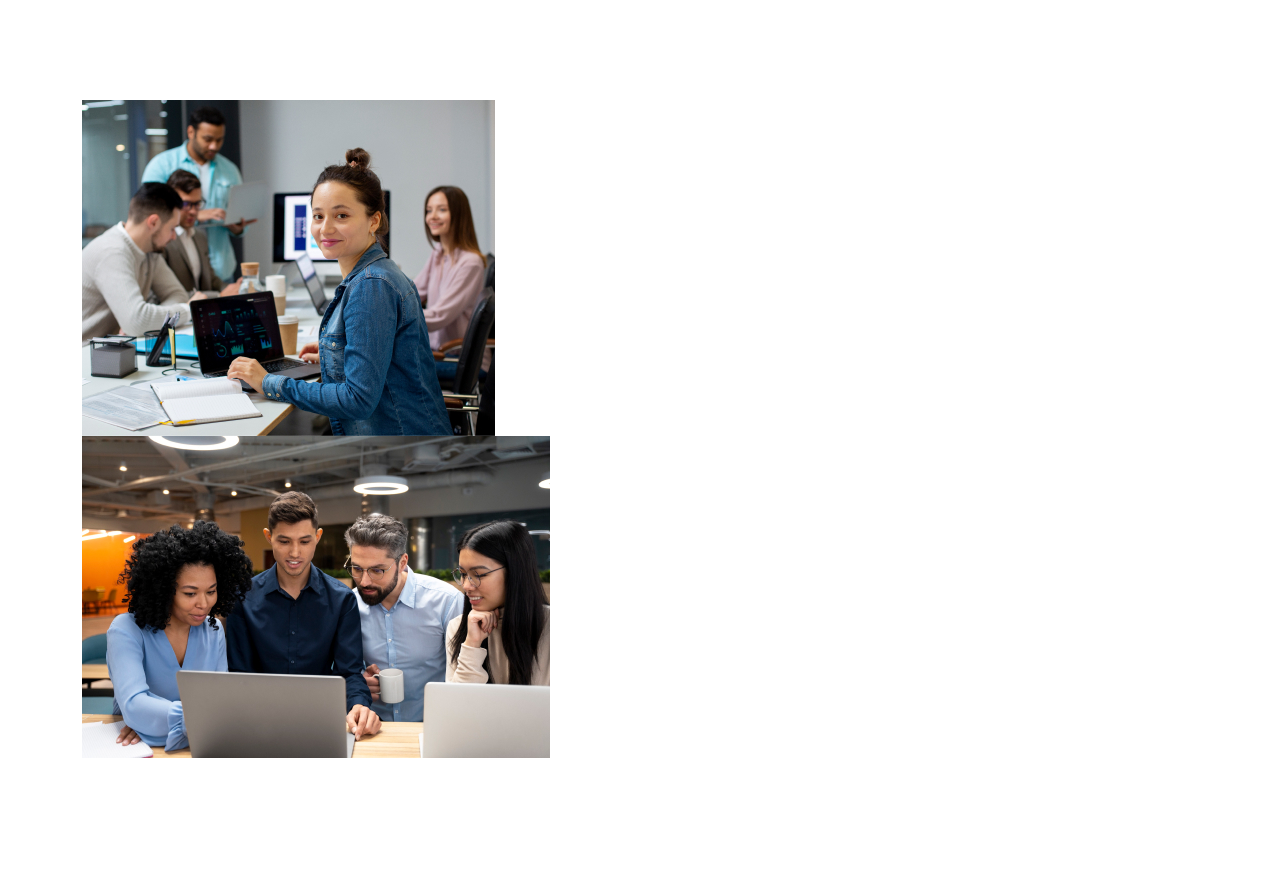
Repository: tagnam/mirehel2.0
Page: about.html
These files come from the project's save history. The page is drawn as it stood at one moment and after the next save; the edit follows.
The browser window is 1280 px wide. The pictures show the whole page.

Above is the page before, as saved 2025-02-03 11:48:16.

### about.html
<!DOCTYPE html>
<html lang="en">
<head>
    <meta charset="UTF-8">
    <meta name="viewport" content="width=device-width, initial-scale=1.0">
    <title>about</title>
    <link href="https://cdn.jsdelivr.net/npm/bootstrap@5.0.2/dist/css/bootstrap.min.css" rel="stylesheet" integrity="sha384-EVSTQN3/azprG1Anm3QDgpJLIm9Nao0Yz1ztcQTwFspd3yD65VohhpuuCOmLASjC" crossorigin="anonymous">
    <link rel="stylesheet" href="style/css/animation.css">
    <link rel="stylesheet" href="style/css/style.css">
    <link rel="stylesheet" href="style/css/animation.css">
</head>
<body>
<!--======================================== about section ==================================== -->


<section>
    <div class="container">
        <div class="row">
            <div class="col-lg-6">
                <div class="about-left">
                    <figure class="about-img-container">
                        <img class="about-img-1" src="images/about-img-1.jpg" alt="">
                        <img class="about-img-2" src="images/about-img-2.jpg" alt="">
                    </figure>
                </div>
            </div>
            <div class="col-lg-6"></div>
        </div>
    </div>
</section>

<!--======================================== end about section ==================================== -->












    <script src="https://cdn.jsdelivr.net/npm/bootstrap@5.0.2/dist/js/bootstrap.bundle.min.js" integrity="sha384-MrcW6ZMFYlzcLA8Nl+NtUVF0sA7MsXsP1UyJoMp4YLEuNSfAP+JcXn/tWtIaxVXM" crossorigin="anonymous"></script>
    <script src="https://cdn.jsdelivr.net/npm/@popperjs/core@2.9.2/dist/umd/popper.min.js" integrity="sha384-IQsoLXl5PILFhosVNubq5LC7Qb9DXgDA9i+tQ8Zj3iwWAwPtgFTxbJ8NT4GN1R8p" crossorigin="anonymous"></script>
    <script src="https://cdn.jsdelivr.net/npm/bootstrap@5.0.2/dist/js/bootstrap.min.js" integrity="sha384-cVKIPhGWiC2Al4u+LWgxfKTRIcfu0JTxR+EQDz/bgldoEyl4H0zUF0QKbrJ0EcQF" crossorigin="anonymous"></script>
</body>
</html>

### style/css/style.css

@import url('https://fonts.googleapis.com/css2?family=Hind:wght@300;400;500;600;700&family=Inter:ital,opsz,wght@0,14..32,100..900;1,14..32,100..900&family=Open+Sans:ital,wght@0,300..800;1,300..800&family=Oswald:wght@200..700&family=Poppins:ital,wght@0,100;0,200;0,300;0,400;0,500;0,600;0,700;0,800;0,900;1,100;1,200;1,300;1,400;1,500;1,600;1,700;1,800;1,900&family=Raleway:ital,wght@0,100..900;1,100..900&family=Roboto:ital,wght@0,100;0,300;0,400;0,500;0,700;0,900;1,100;1,300;1,400;1,500;1,700;1,900&family=Urbanist:ital,wght@0,100..900;1,100..900&display=swap');
@import url("https://cdn.jsdelivr.net/npm/bootstrap-icons@1.11.3/font/bootstrap-icons.min.css");
*{
    margin: 0;
    padding: 0;
    box-sizing: border-box;
}

:root{
    --primary-color: #252A4E;
    --secondary-color: #a249ed;

}

body{
    font-family: "Hind", serif;

    color:#252A4E;
}

section{
    padding: 100px 0;
}

.row-container{
    margin-top: 50px;
}
.banner-section{
    background-image: url(/images/banner-bg.webp);
    background-size: cover;
    background-position: center;
    /* background-attachment: fixed; */
    /* height: 100vh; */
    position: relative;
    margin: 15px;
    padding: 8px;
}
.section-btn{
    height: 100%;
    display: flex
;
    justify-content: flex-end;
    align-items: flex-end;
}

.title{
    font-size: 55px;
    font-weight: 800;
    line-height: 1;
}

.banner-img{
    position: relative;
    bottom: -89px;
}
.banner-content{
    margin-top: 100px;
    padding-right: 100px;
}

.banner-title{
    font-size: 70px;
    font-weight: 800;
    line-height: 1;
}

.banner-text{
    font-size: 20px;
    font-weight: 400;
    line-height: 1.5;
    margin-top: 20px;
    color:#515670;
}

.banner-title span{
    color: var(--secondary-color);
}
.sub-heading{
    position: relative;
    display: inline-block;
    font-size: 16px;
    letter-spacing: 0.32px;
    line-height: 26px;
    font-weight: 400;
    font-family: var(--galada);
    text-transform: uppercase;
    background: linear-gradient(90deg, #FFA835 -3.85%, #FA3DCC 97.3%, #FA3AD0 100%);
    background-clip: text;
    -webkit-background-clip: text;
    -webkit-text-fill-color: transparent;

    margin-bottom: 12px;
}




.banner-icon{
    width: 100%;
    background: linear-gradient(90deg, #9255CE -2.17%, #BE60FF 100%);
    box-shadow: 0px 0px 20px 0px rgba(0, 0, 0, 0.08);
    border-radius: 30px 45px 30px 30px;
    position: relative;
    padding: 20px;
    top: 28px;
    right: -13px;
}

.banner-icon h2{
    font-size: 45px;
    font-weight: 800;
    /* line-height: 1.5; */
    color: #fff;
    /* margin-bottom: 20px; */
    text-align: start;
    margin: unset;
    line-height: 38px;
    padding: 10px;
}

.banner-icon h4{
    font-size: 27px;
    font-weight: 600;
    line-height: 1.5;
    color: #fff;
    /* margin-top: 20px; */
    text-align: start;
    text-transform: uppercase;
}


.marquee-content{
    background: linear-gradient(90deg, #70DBFF 0%, #DD98FF 100%);
    border-radius: 0 0 35px 30px;
    overflow: hidden;
    padding: 23px 45px;
    width: 100%;
    position: absolute;
    left: 9px;
    bottom: -12px;
    display: flex;
    justify-content: space-between;
    align-items: center;
}


/* <!--===================================== about section end ========================================--> */
.about-right-container{
    padding-left: 50px;
}
.about-text p{
    font-size: 18px;
    line-height: 1.5;
    color: #515670;
    margin-top: 20px;
}

.about-img{
    position: relative;
    transform: translate(30px, 30px);
    width: 100%;
}

.about-figure{
    position: relative;
  background-color: aqua;
  padding: 20px;
}


.about-list{

    list-style: none;
    padding: unset;
}

.about-list li{
    display: flex;
    align-items: center;
    margin-bottom: 20px;
    justify-content: space-between;
}

.about-icon{

    display: flex;
    justify-content: center;
    align-items: center;
    background-color:var(--secondary-color);
    width: 78px;
    height: 84px;
    background: linear-gradient(90deg, #5A1CCB -2.17%, #815EDC 100%);
    border-radius: 50px 6px 6px 6px;
}

.about-icon .bi{
    font-size: 45px;
    color: #fff;
    display: flex;
    justify-content: center;
    align-items: center;
}


.about-list-title{
    font-size: 27px;
    line-height: 1.16;
    margin-bottom: 4px;
    font-weight: 600;
}

.about-list-text p{
    font-size: 16px;
    line-height: 1.5;
    color: #515670;
    margin: unset;
}
/* <!--===================================== about section end ========================================--> */




/* <!--===================================== service section start ========================================--> */

.service-index {
    width: 100%;
    display: flex;
    justify-content: center;
    align-items: center;
}

.service-index h2{
    position: relative;
    display: inline-block;

    letter-spacing: 0.32px;
margin: unset;
    font-weight: 600;
    font-family: var(--galada);
    text-transform: uppercase;
    background: linear-gradient(90deg, #FFA835 -3.85%, #FA3DCC 97.3%, #FA3AD0 100%);
    background-clip: text;
    -webkit-background-clip: text;
    -webkit-text-fill-color: transparent;

}

.service-title h3{
    font-size: 40px;
    font-weight: 800;
    line-height: 1;
    color: #252A4E;
    margin-bottom: 20px;
}

.service-row{
    border-bottom: 2px solid red;
    margin-bottom: 30px;
}

.service-icon{
    display: flex;
    justify-content: center;
}

.service-icon .bi{
    font-size: 45px;
    color:red;
    display: flex;
    justify-content: center;
    align-items: center;
}
/* <!--===================================== service section end ========================================--> */




/* <!--===================================== project section start========================================--> */




/* <!--===================================== project section start========================================--> */





/* <!--===================================== testimonial section start========================================--> */


.testimonial-card{
    background: linear-gradient(90deg, #70DBFF 0%, #DD98FF 100%);
    padding: 0px 20px;
    border-radius: 20px;
}


.testimonial-img{
    height: 58px;
    width: 58px;
    background: red;
    border-radius: 64%;
    border: 2px solid;
}

.testimonial-top{
    padding-bottom: 20px;
    border-bottom: 1px solid #fff;

}


.testimonial-bottom h2{
    font-size: 65px;
    font-weight: 600;
    line-height: 1.5;
    color: #fff;
    margin-top: 20px;
    text-align: start;
    text-transform: uppercase;
}

.testimonial-bottom p{
    font-size: 20px;
    line-height: 1.5;
    color: #fff;
    margin: unset;
}

  .testimonial .testimonial-content {
    margin: 10px 10px 0;
    /* background: #efefef; */
    padding: 0px 60px;
    position: relative;
    border: none;
    border-radius: 8px;
    font-style: italic;
    font-size: 25px;
    border: 2px solid;
    border-radius: 20px;
  }

  .testimonial .testimonial-content:before,
  .testimonial .testimonial-content:after {
    content: "\201C";
    position: absolute;
    font-size: 80px;
    line-height: 1;
    color: #757f9a;
    font-style: normal;
  }

  .testimonial .testimonial-content:before {
    top: 0;
    left: 10px;
  }

  .testimonial .testimonial-content:after {
    content: "\201D";
    right: 10px;
    bottom: -0.5em;
  }

.testimonial-start{
    display: flex    ;
        justify-content: left;
        align-items: center;
        margin: 20px 0px;
}

.testimonial-start .bi{
    margin: 0px 5px;
    font-size: 20px;
}
/* <!--===================================== testimonial section start========================================--> */

/* <!--===================================== project section start========================================--> */
.project-img{
    height: 550px;
}

.project-card .project-img {
    transition: 1ms ease-in-out;
}

.project-card:hover .project-img{
    transform: scaleX(1) scaleY(1) scaleZ(0.1) rotateX(15deg) rotateY(0deg) rotateZ(0deg) translateX(0px) translateY(0px) translateZ(0px) skewX(0deg) skewY(0deg);
}

.project-content{
    margin-top: -100px;
    z-index: 1;
}
/* <!--===================================== project section end========================================--> */



/* <!--===================================== choice section start========================================--> */

.choice-container{
    position: relative;
    padding: 10px;
    background-color: transparent;
height: 400px;
border: 15px solid transparent;
  /* border-image:linear-gradient(180deg, red 0%, #00000000 90.04%); */
  /* border-image:linear-gradient(180deg, #00000000  0%, red 90.04%); */
  border-image-slice: 1;
border-radius: 20px;
background: linear-gradient(white, white) padding-box,
linear-gradient(180deg, red 0%, #00000000 90.04%) border-box;
}

/* <!--===================================== choice section end========================================--> */


















/* ----------------------------new about  */

.about-img-container{
    position: relative;
}

.about-img-1{
    position: ;
}

Loaded but not shown: style/css/animation.css (no stored copy; drawn as an empty file)

After the next save:
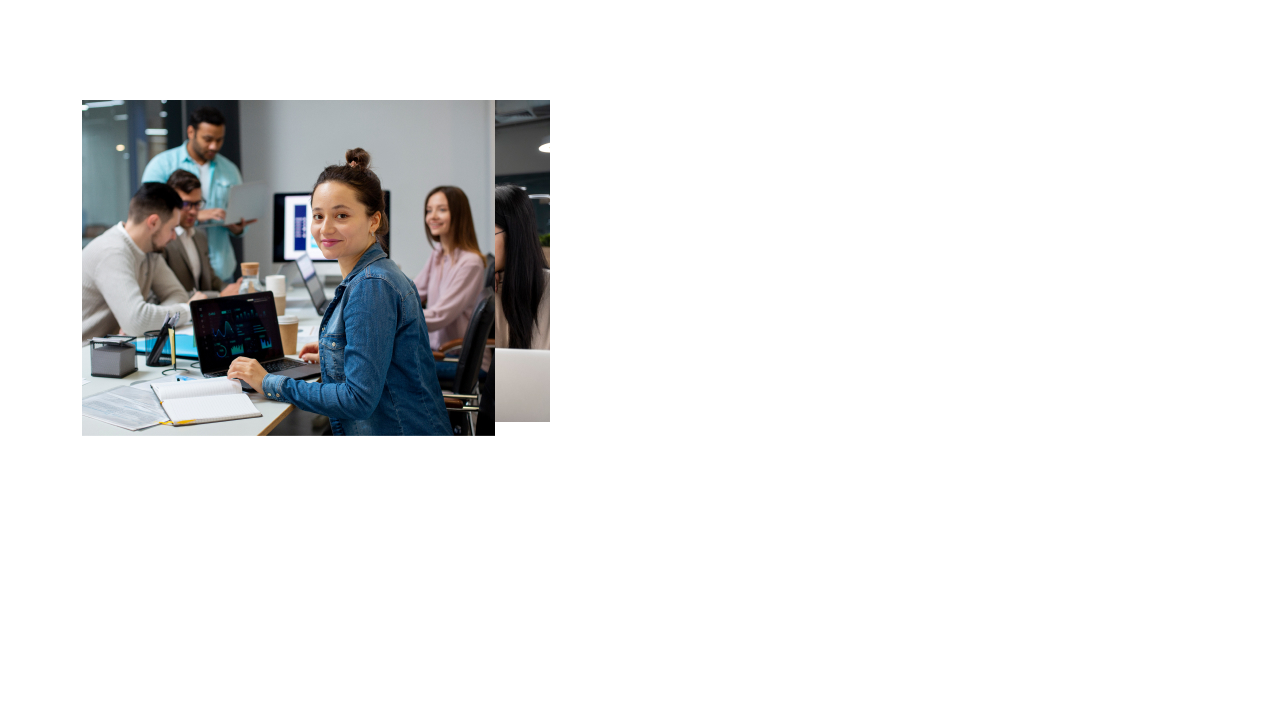
Saved 9 s later.
--- a/style/css/style.css
+++ b/style/css/style.css
@@ -439,5 +439,5 @@ linear-gradient(180deg, red 0%, #00000000 90.04%) border-box;
 }
 
 .about-img-1{
-    position: ;
-}
+    position: absolute;
+}
